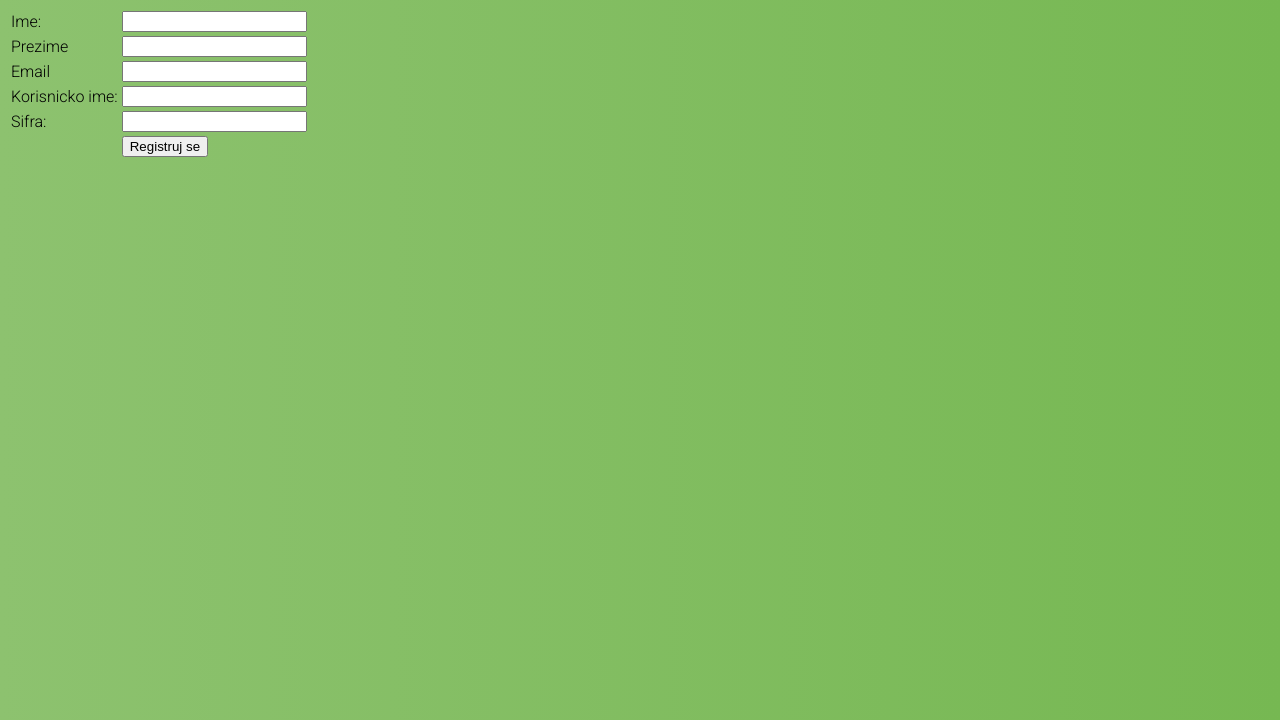
Repository: Shaft01/IS2Agency
Page: http://localhost/AgencijaWeb/register.jsp
These files come from the project's save history. The page is drawn as it stood at one moment and after the next save; the edit follows.
The browser window is 1280 px wide. The pictures show the whole page.
The page is served by Tomcat 9. Other server files are loaded and not shown.

Above is the page before, as saved 2019-06-19 19:16:11.

### IS2Projekat/AgencijaWeb/src/main/webapp/register.jsp
<%@ page language="java" contentType="text/html; charset=UTF-8"
    pageEncoding="UTF-8"%>
<%@ taglib uri='http://java.sun.com/jsp/jstl/core' prefix='c'%>
<%@ taglib prefix="sf" uri="http://www.springframework.org/tags/form"%>
<html>
<head>
<meta charset="ISO-8859-1">
<title>Register</title>
	<link rel="stylesheet" type="text/css" href="${pageContext.request.contextPath }/css/styles.css">

</head>
<body>
<form action="/Agencija/auth/register"  method="post">
  <table>
  	<tr>
  	   <td>Ime:</td><td><input type="text" name="ime"/>
  	   </td>
  	</tr>
  	<tr>
  		<td>Prezime</td><td><input type="text" name="prezime"/></td>
  		</tr>
  		<tr>
  		<td>Email</td><td><input type="text" name="email"/></td>
  		</tr>
  		<tr>
  	   <td>Korisnicko ime:</td><td><input type="text" name="username"/>
  	 </td>
  	</tr>
  	<tr>
  	   <td>Sifra:</td><td><input type="password" name="password"/></td>
  	</tr>
  	<tr><td/><td><input type="submit" value="Registruj se"></tr>
  	</table>
</form>

</body>
</html>

### IS2Projekat/AgencijaWeb/src/main/webapp/css/styles.css
@charset "ISO-8859-1";

@import url(https://fonts.googleapis.com/css?family=Roboto:300);

.login-page {
  width: 360px;
  padding: 8% 0 0;
  margin: auto;
}
.form {
  position: relative;
  z-index: 1;
  background: #FFFFFF;
  max-width: 360px;
  margin: 0 auto 100px;
  padding: 45px;
  text-align: center;
  box-shadow: 0 0 20px 0 rgba(0, 0, 0, 0.2), 0 5px 5px 0 rgba(0, 0, 0, 0.24);
}
.form input {
  font-family: "Roboto", sans-serif;
  outline: 0;
  background: #f2f2f2;
  width: 100%;
  border: 0;
  margin: 0 0 15px;
  padding: 15px;
  box-sizing: border-box;
  font-size: 14px;
}
.form button {
  font-family: "Roboto", sans-serif;
  text-transform: uppercase;
  outline: 0;
  background: #4CAF50;
  width: 100%;
  border: 0;
  padding: 15px;
  color: #FFFFFF;
  font-size: 14px;
  -webkit-transition: all 0.3 ease;
  transition: all 0.3 ease;
  cursor: pointer;
}
.form button:hover,.form button:active,.form button:focus {
  background: #43A047;
}
.form .message {
  margin: 15px 0 0;
  color: #b3b3b3;
  font-size: 12px;
}
.form .message a {
  color: #4CAF50;
  text-decoration: none;
}
.form .register-form {
  display: none;
}
.container {
  position: relative;
  z-index: 1;
  max-width: 300px;
  margin: 0 auto;
}
.container:before, .container:after {
  content: "";
  display: block;
  clear: both;
}
.container .info {
  margin: 50px auto;
  text-align: center;
}
.container .info h1 {
  margin: 0 0 15px;
  padding: 0;
  font-size: 36px;
  font-weight: 300;
  color: #1a1a1a;
}
.container .info span {
  color: #4d4d4d;
  font-size: 12px;
}
.container .info span a {
  color: #000000;
  text-decoration: none;
}
.container .info span .fa {
  color: #EF3B3A;
}
body {
  background: #76b852; /* fallback for old browsers */
  background: -webkit-linear-gradient(right, #76b852, #8DC26F);
  background: -moz-linear-gradient(right, #76b852, #8DC26F);
  background: -o-linear-gradient(right, #76b852, #8DC26F);
  background: linear-gradient(to left, #76b852, #8DC26F);
  font-family: "Roboto", sans-serif;
  -webkit-font-smoothing: antialiased;
  -moz-osx-font-smoothing: grayscale;
}

After the next save:
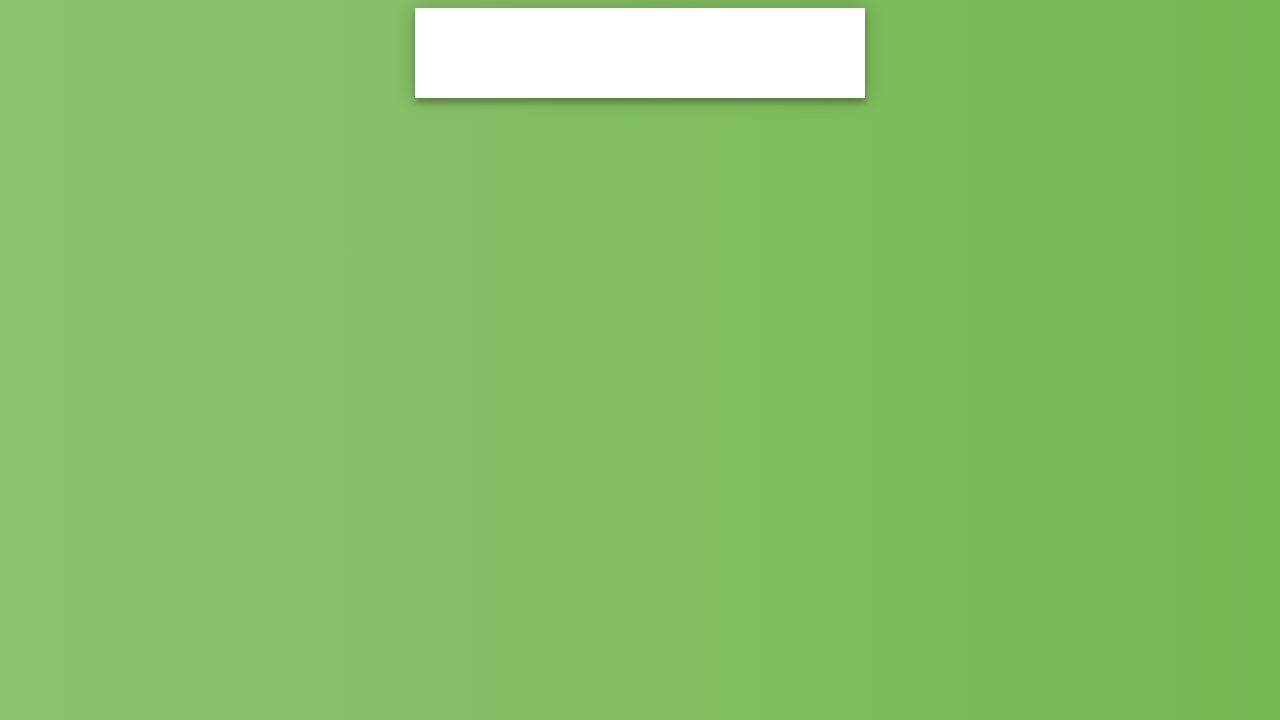
Saved 54 s later.
--- a/IS2Projekat/AgencijaWeb/src/main/webapp/register.jsp
+++ b/IS2Projekat/AgencijaWeb/src/main/webapp/register.jsp
@@ -10,7 +10,8 @@
 
 </head>
 <body>
-<form action="/Agencija/auth/register"  method="post">
+<div class="form">
+<form  class="register-form" action="/Agencija/auth/register"  method="post">
   <table>
   	<tr>
   	   <td>Ime:</td><td><input type="text" name="ime"/>
@@ -32,6 +33,6 @@
   	<tr><td/><td><input type="submit" value="Registruj se"></tr>
   	</table>
 </form>
-
+</div>
 </body>
 </html>
